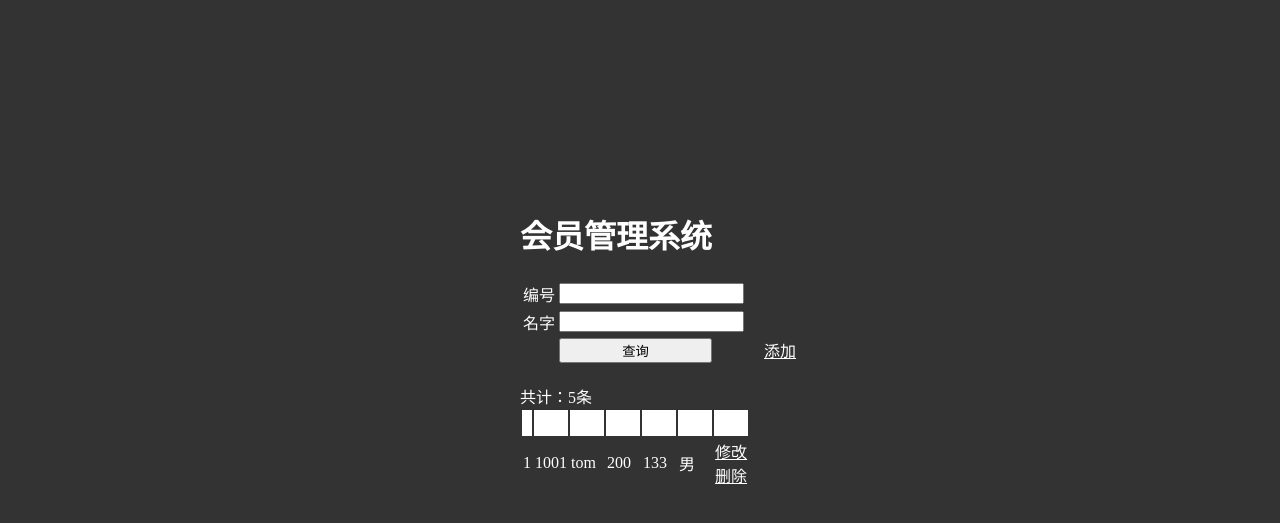
Repository: JasonYan2015/FE-learning-examples
Page: http://localhost/test20160727/home.jsp
The author's editor kept a copy of each file at every save. The page is drawn from the files as they stood at one save, then again after the next save.
The browser window is 1280 px wide. The pictures show the whole page.
The page is served by Tomcat 9. Other server files are loaded and not shown.

Above is the page before, as saved 2016-07-28 01:17:32.

### eclipse/test20160727/WebContent/home.jsp
<%@ page language="java" contentType="text/html; charset=UTF-8"
    pageEncoding="UTF-8"%>
<!DOCTYPE html PUBLIC "-//W3C//DTD HTML 4.01 Transitional//EN" "http://www.w3.org/TR/html4/loose.dtd">
<html>
<head>
<meta http-equiv="Content-Type" content="text/html; charset=UTF-8">
<title>Insert title here</title>
	<style>
		body
		{
			position: absolute;
			left: 50%;
			top: 50%;
			margin-left: -120px;
			margin-top: -170px;
 			background-color:#333;
 			font-family: "微软雅黑";
 			color: white;
		}

	</style>
</head>
<body>
	<h1>会员管理系统</h1>
	<form action="select" method="post">
		<table>
			<tr>
				<td>编号</td>
				<td><input type="text" name="id"></td>
				<td></td>
			</tr>
			<tr>
				<td>名字</td>
				<td><input type="text" name="name"></td>
				<td></td>
			</tr>
			<tr>
				<td></td>
				<td><input type="submit" value="查询" style="width: 153px;"></td>
				<td>&nbsp;&nbsp;&nbsp;&nbsp;<a href="add.jsp" style="color: white;">添加</a></td>
			</tr>
		</table>
	</form>

	<br>
	共计：5条
		<table>
			<tr style="background-color: white;">
				<td>#</td>
				<td>编号</td>
				<td>名字</td>
				<td>积分</td>
				<td>电话</td>
				<td>性别</td>
				<td>操作</td>
			</tr>
			<tr>
				<td>1</td>
				<td>1001</td>
				<td>tom</td>
				<td>200</td>
				<td>133</td>
				<td>男</td>
				<td>
					<div id="updateAdr"><a href="update.jsp" style="color: white;">修改</a></div>
					<div id="deleteAdr"><a href="delete.jsp" style="color: white;">删除</a></div>
				</td>
			</tr>
		</table>



</body>
</html>

After the next save:
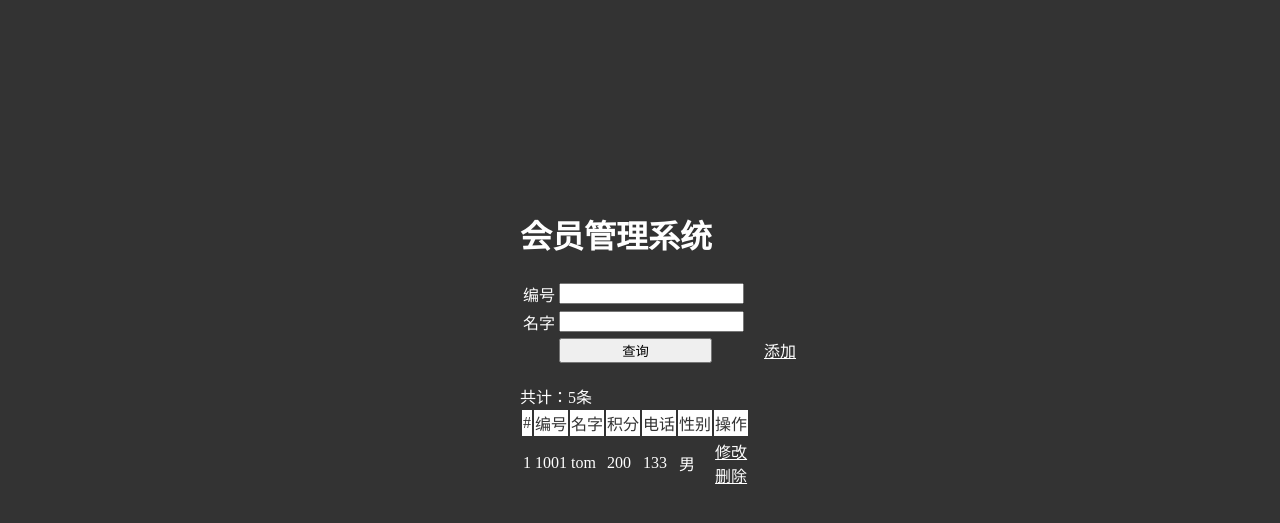
Saved 12 s later.
--- a/eclipse/test20160727/WebContent/home.jsp
+++ b/eclipse/test20160727/WebContent/home.jsp
@@ -45,7 +45,7 @@
 	<br>
 	共计：5条
 		<table>
-			<tr style="background-color: white;">
+			<tr style="background-color: white;color: #333;">
 				<td>#</td>
 				<td>编号</td>
 				<td>名字</td>
